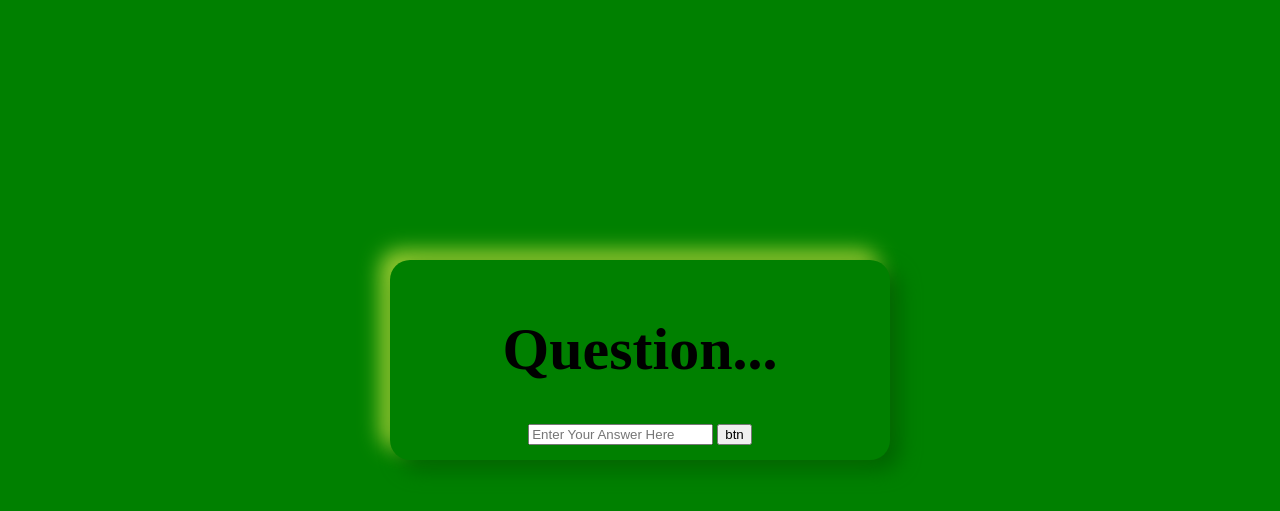
Repository: Joseph061200/Dynamic_Lab2
Page: joseph.html
These files come from the project's save history. The page is drawn as it stood at one moment and after the next save; the edit follows.
The browser window is 1280 px wide. The pictures show the whole page.

Above is the page before, as saved 2020-02-20 14:18:56.

After the next save:
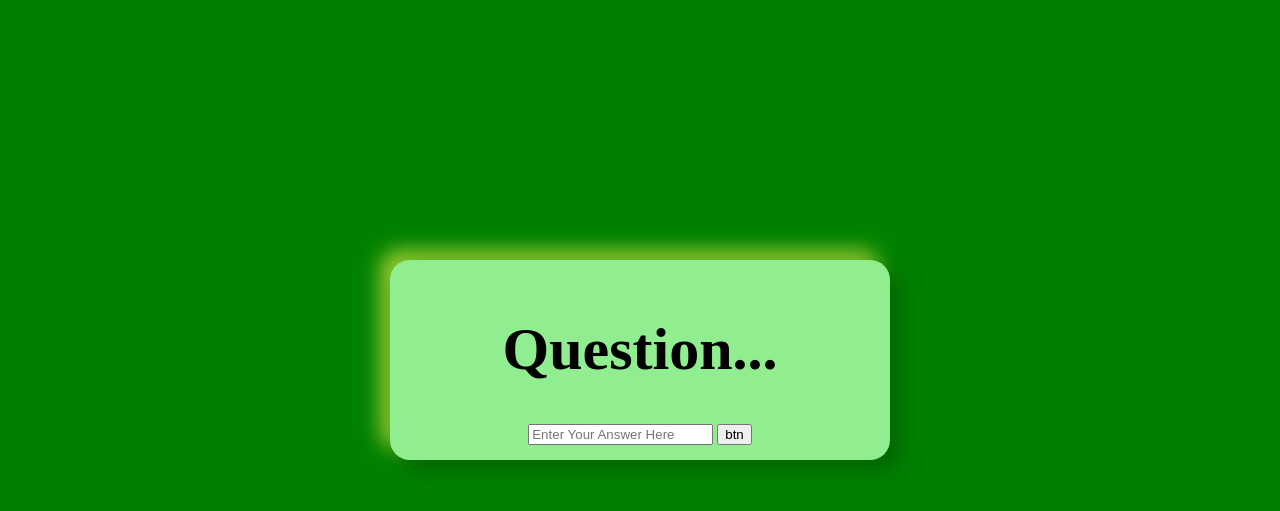
Saved 8 s later.
--- a/joseph.css
+++ b/joseph.css
@@ -16,7 +16,7 @@ body,html {
     flex-direction: column;
     justify-content: center;
     align-items: center;
-    background-color: green;
+    background-color: lightgreen;
     border-radius: 20px;
     box-shadow: 10px 10px 20px darkgreen,-10px -10px 20px yellowgreen;
 
